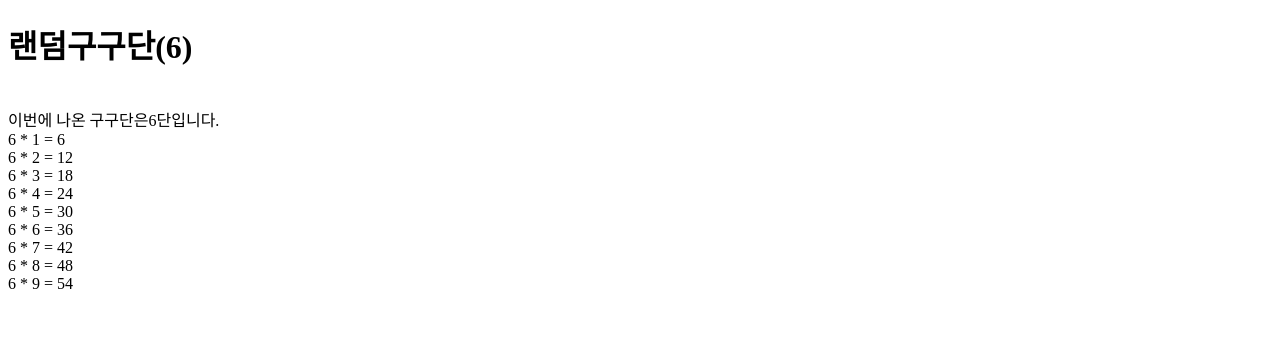
Repository: eun-chongzzz/jsp_practice
Page: http://localhost/JSPBasic/jspTag/TagQ02.jsp
The author's editor kept a copy of each file at every save. The page is drawn from the files as they stood at one save, then again after the next save.
The browser window is 1280 px wide. The pictures show the whole page.
The page is served by Tomcat 9.

Above is the page before, as saved 2022-01-28 06:37:16.

### JSPBasic/src/main/webapp/jspTag/TagQ02.jsp
<%@ page language="java" contentType="text/html; charset=UTF-8"
    pageEncoding="UTF-8"%>
<!DOCTYPE html>
<html>
<head>
<meta charset="UTF-8">
<title>Insert title here</title>
</head>
<body>
	<%!
		public int total = 0;

	%>

	<%
	int rN = (int)(Math.random() * 8) + 1;
	out.println("<h1>랜덤구구단("+ rN + ")</h1>"+"<br/>");
	out.println("이번에 나온 구구단은"+ rN + "단입니다." + "<br/>");
	for(int j=1; j<10; j++){
		out.println(rN + " * " + j + " = " + rN * j +"<br/>");
	}


	%>
</body>
</html>

After the next save:
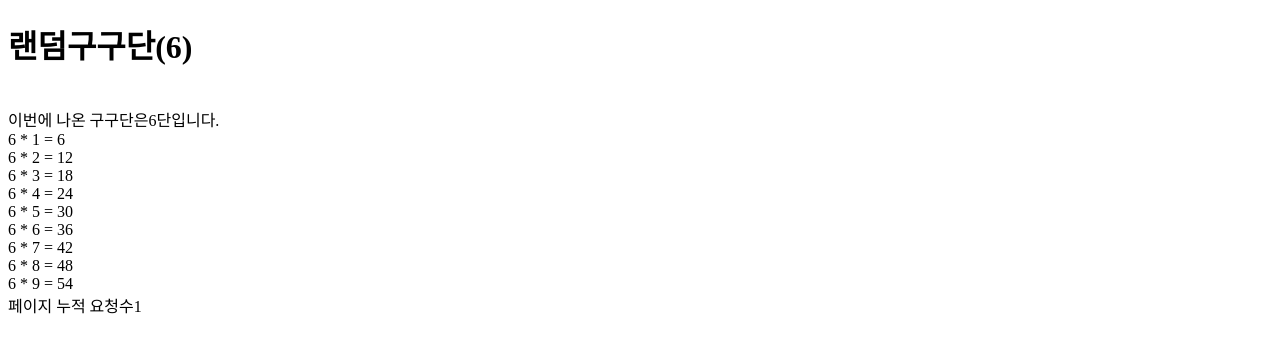
Saved 88 s later.
--- a/JSPBasic/src/main/webapp/jspTag/TagQ02.jsp
+++ b/JSPBasic/src/main/webapp/jspTag/TagQ02.jsp
@@ -20,7 +20,7 @@
 		out.println(rN + " * " + j + " = " + rN * j +"<br/>");
 	}
 
-
+	out.println("페이지 누적 요청수" + ++total);
 	%>
 </body>
 </html>
